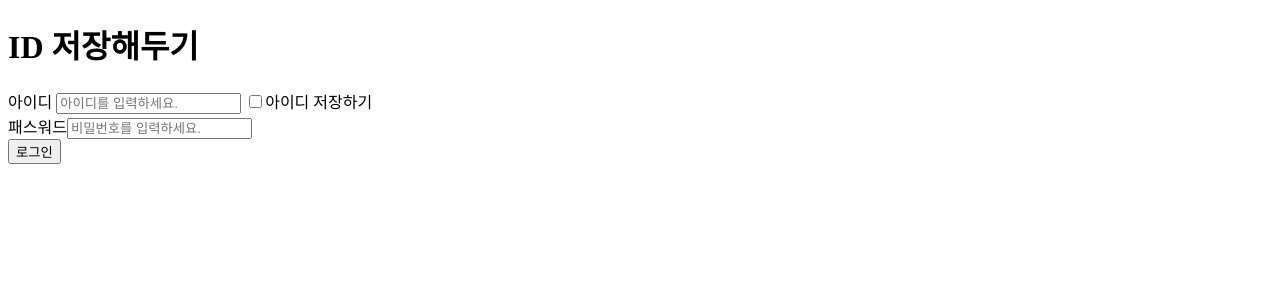
Repository: pro-hk/jsp
Page: http://localhost/chap05/id_save_session.jsp
An editor plug-in stored every save of this project. The page is shown before and after the next save, followed by the edit.
The browser window is 1280 px wide. The pictures show the whole page.
The page is served by Tomcat 9.

Above is the page before, as saved 2022-01-25 04:54:15.

After the next save:
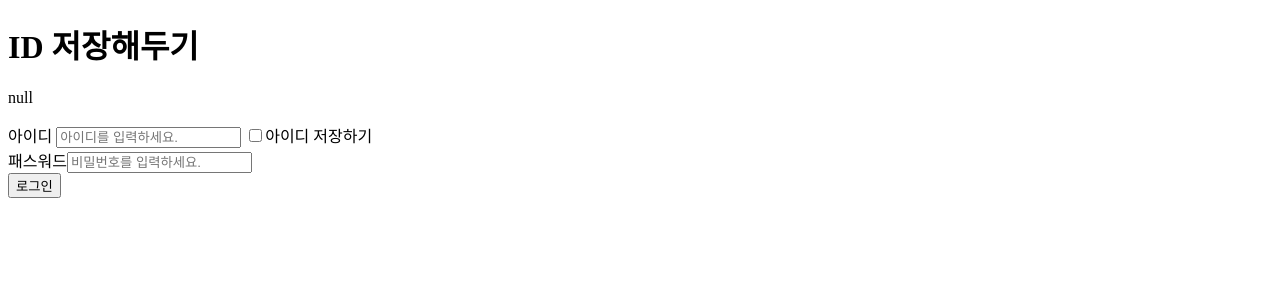
Saved 46 s later.
--- a/chap05/src/main/webapp/id_save_session.jsp
+++ b/chap05/src/main/webapp/id_save_session.jsp
@@ -25,7 +25,7 @@
 </head>
 <body>
 	<h1>ID 저장해두기</h1>
-	<p></p>
+	<p><%= login_user %></p>
 	<form action="id_save_session_process.jsp" method="post">
 		<div>
 			<label>
